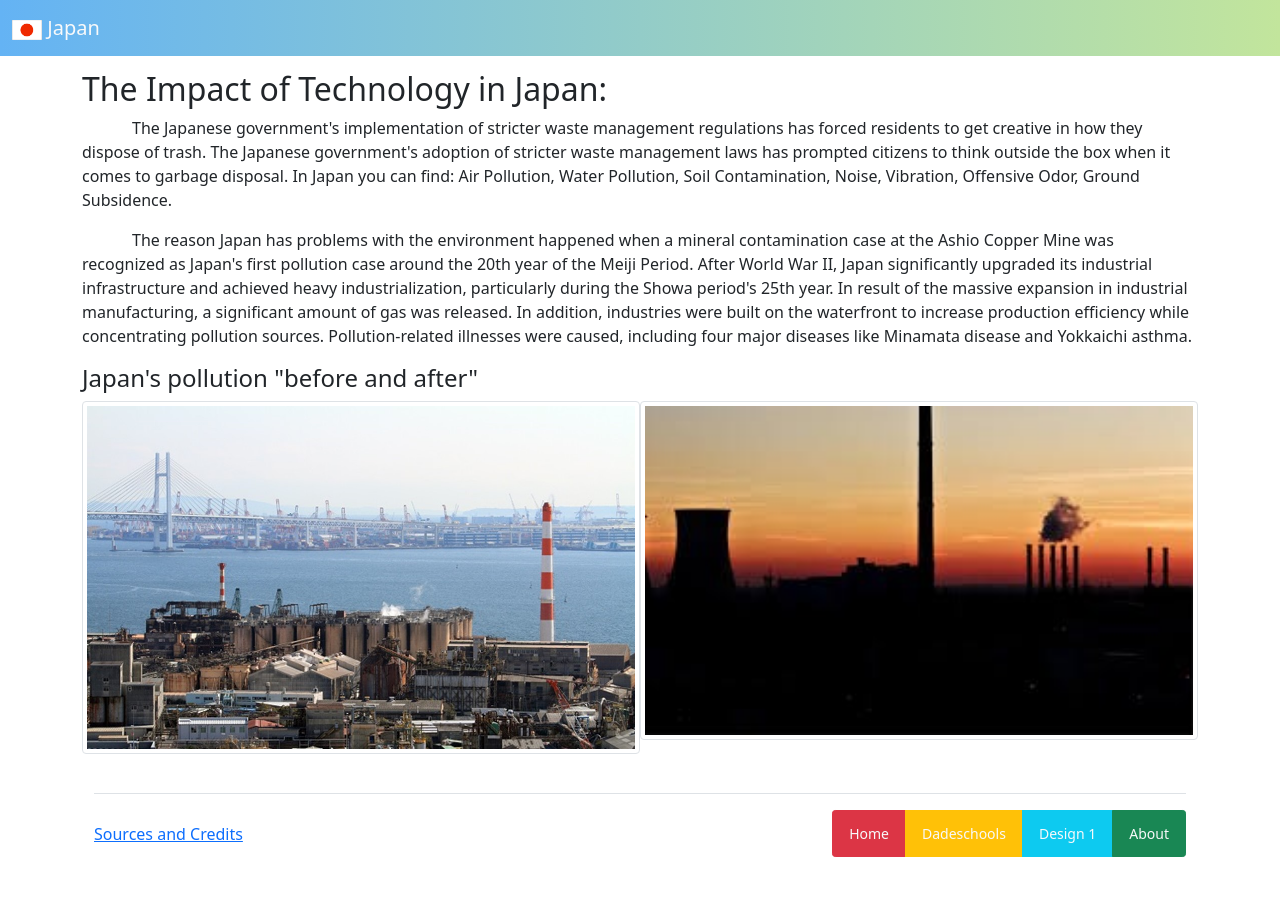
Repository: mrchilliballs/mrchilliballs.github.io
Page: untitled-2.html
The author's editor kept a copy of each file at every save. The page is drawn from the files as they stood at one save, then again after the next save.
The browser window is 1280 px wide. The pictures show the whole page.

Above is the page before, as saved 2021-09-03 16:05:35.

After the next save:
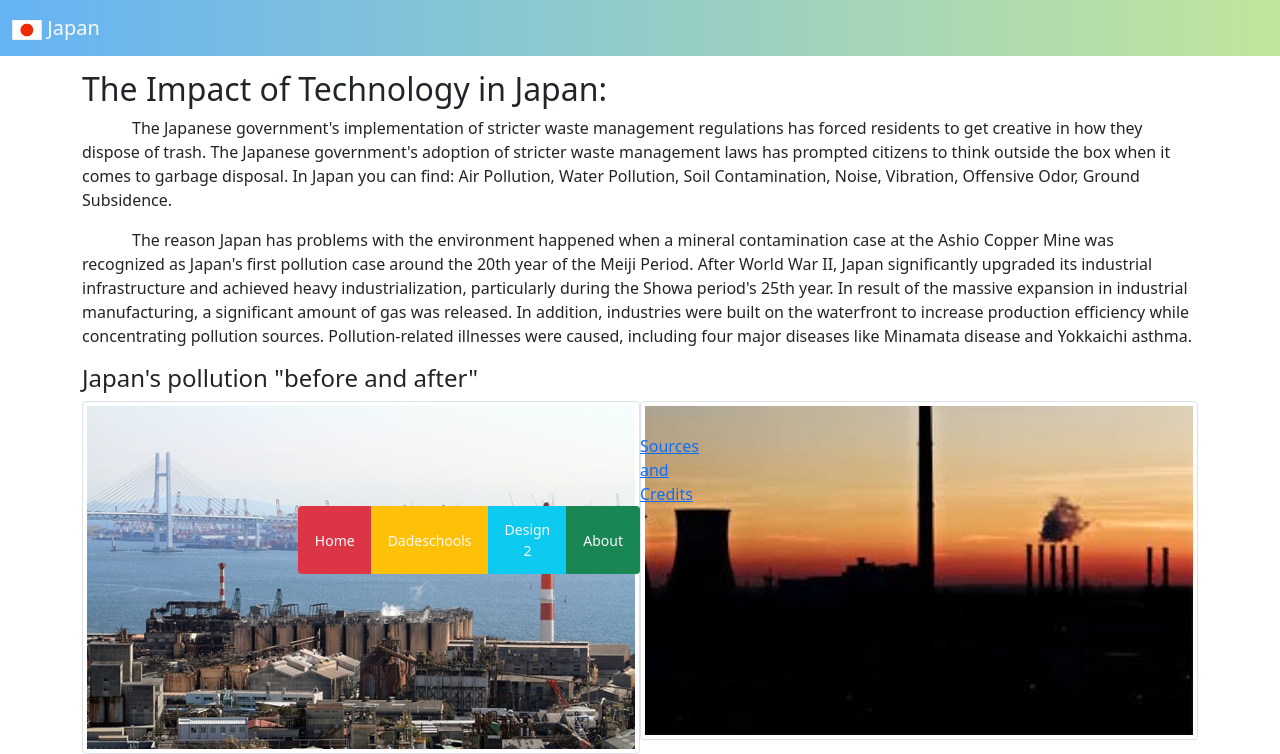
Saved 2 min 46 s later.
--- a/untitled-2.html
+++ b/untitled-2.html
@@ -38,40 +38,39 @@
     <h4>Japan's pollution "before and after"</h4>
     <img src="Picture1.jpg" class="rounded img-thumbnail img-fluid float-start" alt="..." height="50%" width="50%">
     <img src="Picture2.jpg" class="rounded img-thumbnail img-fluid float-end" alt="..." height="50%" width="50%">
-    <div style="margin-bottom: 25rem;"></div>
-        <div class="container">
-            <footer class="d-flex flex-wrap justify-content-between align-items-center py-3 my-4 border-top" style="">
-              <div class="dropdown">
-                <a class="" href="#" role="button" id="dropdownMenuLink" data-bs-toggle="dropdown" aria-expanded="false">
-                  Sources and Credits
-                </a>
+    <div class="container">
+      <footer class="d-flex flex-wrap justify-content-between align-items-center py-3 my-4 border-top" style="">
+        <div class="dropdown">
+          <a class="" href="#" role="button" id="dropdownMenuLink" data-bs-toggle="dropdown" aria-expanded="false">
+            Sources and Credits
+          </a>
 
-                <ul class="dropdown-menu" aria-labelledby="dropdownMenuLink">
-                  <li><a class="dropdown-item" href="https://www.world-weather-travellers-guide.com/air-pollution-in-japan.htm">Source 1</a></li>
-                  <li><a class="dropdown-item" href="https://www.nytimes.com/1964/12/26/archives/tokyo-troubled-by-air-pollution-emphasis-in-smog-control-is-still.html">Source 2</a></li>
-                  <li><a class="dropdown-item" href="https://creativecommons.org/licenses/by-nc/2.0/s">Source 3</a></li>
-                  <li><a class="dropdown-item" href="https://encyclopedia.1914-1918 online.net/article/science_and_technology_japan ">Source 4</a></li>
-                  <li><a class="dropdown-item" href="https://en.wikipedia.org/wiki/Tokyo">Source 5</a></li>
-                  <li><a class="dropdown-item" href="https://en.wikipedia.org/wiki/Meiji_Restoration ">Source 6</a></li>
-                </ul>
-              </div>
-              <a href="/" class="col-md-4 d-flex align-items-center justify-content-center mb-3 mb-md-0 me-md-auto link-dark text-decoration-none">
-                <svg class="bi me-2" width="40" height="32"><use xlink:href="#bootstrap"></use></svg>
-              </a>
+          <ul class="dropdown-menu" aria-labelledby="dropdownMenuLink">
+            <li><a class="dropdown-item" href="https://www.world-weather-travellers-guide.com/air-pollution-in-japan.htm">Source 1</a></li>
+            <li><a class="dropdown-item" href="https://www.nytimes.com/1964/12/26/archives/tokyo-troubled-by-air-pollution-emphasis-in-smog-control-is-still.html">Source 2</a></li>
+            <li><a class="dropdown-item" href="https://creativecommons.org/licenses/by-nc/2.0/s">Source 3</a></li>
+            <li><a class="dropdown-item" href="https://encyclopedia.1914-1918 online.net/article/science_and_technology_japan ">Source 4</a></li>
+            <li><a class="dropdown-item" href="https://en.wikipedia.org/wiki/Tokyo">Source 5</a></li>
+            <li><a class="dropdown-item" href="https://en.wikipedia.org/wiki/Meiji_Restoration ">Source 6</a></li>
+          </ul>
+        </div>
+        <a href="/" class="col-md-4 d-flex align-items-center justify-content-center mb-3 mb-md-0 me-md-auto link-dark text-decoration-none">
+          <svg class="bi me-2" width="40" height="32"><use xlink:href="#bootstrap"></use></svg>
+        </a>
 
-              <ul class="nav col-md-4 justify-content-end">
-                <div class="btn-group" role="group" aria-label="Basic mixed styles example">
-                    <button type="button" class="btn btn-danger btn-sm"><li class="nav-item"><a href="#" class="nav-link px-2 text-light">Home</a></li></button>
-                    <button type="button" class="btn btn-warning btn-sm"><li class="nav-item"><a href="https://www3.dadeschools.net" class="nav-link px-2 text-light">Dadeschools</a></li></button>
-                    <button type="button" class="btn btn-info btn-sm"><li class="nav-item"><a href="index.html" class="nav-link px-2 text-light">Design 1</a></li></button>
-                    <button type="button" class="btn btn-success btn-sm"><li class="nav-item"><a class="nav-link px-2 text-light" href="#" role="button" id="dropdownMenuLink" data-bs-toggle="dropdown" aria-expanded="false">About</a><ul class="dropdown-menu" aria-labelledby="dropdownMenuLink1">
-                      <li class="dropdown-item">We made this website using the program language "HTML". It took us a lot of work and we hope we get a good grade on this because we did our best on this website.</li>
-                    </ul></li>
-                    </button>
-                  </div>
-              </ul>
-            </footer>
+        <ul class="nav col-md-4 justify-content-end">
+          <div class="btn-group" role="group" aria-label="Basic mixed styles example">
+            <button type="button" class="btn btn-danger btn-sm"><li class="nav-item"><a href="#" class="nav-link px-2 text-light">Home</a></li></button>
+            <button type="button" class="btn btn-warning btn-sm"><li class="nav-item"><a href="https://www3.dadeschools.net" class="nav-link px-2 text-light">Dadeschools</a></li></button>
+            <button type="button" class="btn btn-info btn-sm"><li class="nav-item"><a href="untitled-2.html" class="nav-link px-2 text-light">Design 2</a></li></button>
+            <button type="button" class="btn btn-success btn-sm"><li class="nav-item"><a class="nav-link px-2 text-light" href="#" role="button" id="dropdownMenuLink" data-bs-toggle="dropdown" aria-expanded="false">About</a><ul class="dropdown-menu" aria-labelledby="dropdownMenuLink1">
+              <li class="dropdown-item">We made this website using the programming <br> language "HTML".It took us a lot of work<br> and we hope we get a good grade on this <br>because we did our best on this website.</li>
+            </ul></li>
+            </button>
           </div>
+        </ul>
+      </footer>
+    </div>
           <!-- JavaScript Bundle with Popper -->
 <script src="https://cdn.jsdelivr.net/npm/bootstrap@5.1.0/dist/js/bootstrap.bundle.min.js" integrity="sha384-U1DAWAznBHeqEIlVSCgzq+c9gqGAJn5c/t99JyeKa9xxaYpSvHU5awsuZVVFIhvj" crossorigin="anonymous"></script>
     </main>

After the save that followed:
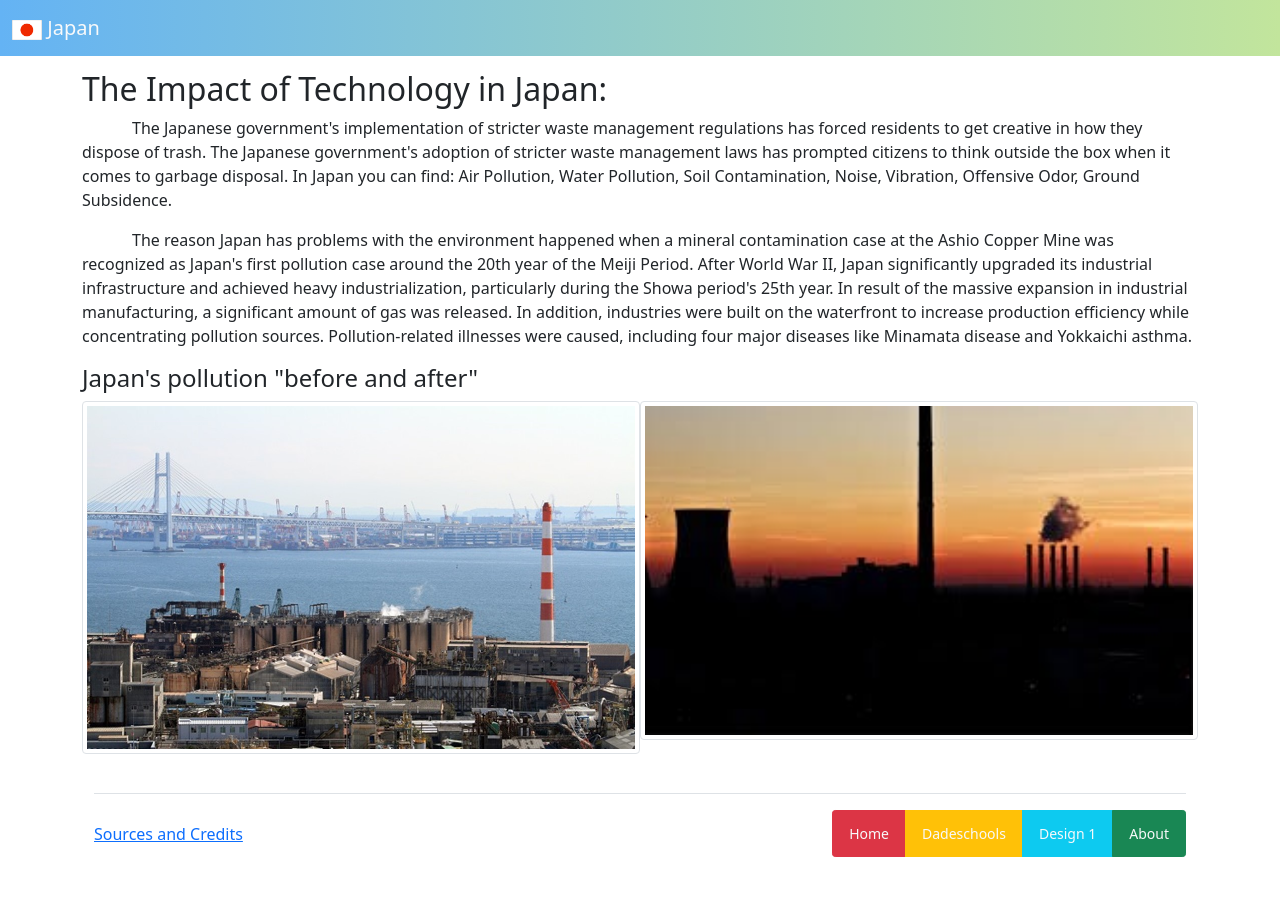
Saved 23 s later.
--- a/untitled-2.html
+++ b/untitled-2.html
@@ -38,39 +38,40 @@
     <h4>Japan's pollution "before and after"</h4>
     <img src="Picture1.jpg" class="rounded img-thumbnail img-fluid float-start" alt="..." height="50%" width="50%">
     <img src="Picture2.jpg" class="rounded img-thumbnail img-fluid float-end" alt="..." height="50%" width="50%">
-    <div class="container">
-      <footer class="d-flex flex-wrap justify-content-between align-items-center py-3 my-4 border-top" style="">
-        <div class="dropdown">
-          <a class="" href="#" role="button" id="dropdownMenuLink" data-bs-toggle="dropdown" aria-expanded="false">
-            Sources and Credits
-          </a>
+    <div style="margin-bottom: 25rem;"></div>
+        <div class="container">
+            <footer class="d-flex flex-wrap justify-content-between align-items-center py-3 my-4 border-top" style="">
+              <div class="dropdown">
+                <a class="" href="#" role="button" id="dropdownMenuLink" data-bs-toggle="dropdown" aria-expanded="false">
+                  Sources and Credits
+                </a>
 
-          <ul class="dropdown-menu" aria-labelledby="dropdownMenuLink">
-            <li><a class="dropdown-item" href="https://www.world-weather-travellers-guide.com/air-pollution-in-japan.htm">Source 1</a></li>
-            <li><a class="dropdown-item" href="https://www.nytimes.com/1964/12/26/archives/tokyo-troubled-by-air-pollution-emphasis-in-smog-control-is-still.html">Source 2</a></li>
-            <li><a class="dropdown-item" href="https://creativecommons.org/licenses/by-nc/2.0/s">Source 3</a></li>
-            <li><a class="dropdown-item" href="https://encyclopedia.1914-1918 online.net/article/science_and_technology_japan ">Source 4</a></li>
-            <li><a class="dropdown-item" href="https://en.wikipedia.org/wiki/Tokyo">Source 5</a></li>
-            <li><a class="dropdown-item" href="https://en.wikipedia.org/wiki/Meiji_Restoration ">Source 6</a></li>
-          </ul>
-        </div>
-        <a href="/" class="col-md-4 d-flex align-items-center justify-content-center mb-3 mb-md-0 me-md-auto link-dark text-decoration-none">
-          <svg class="bi me-2" width="40" height="32"><use xlink:href="#bootstrap"></use></svg>
-        </a>
+                <ul class="dropdown-menu" aria-labelledby="dropdownMenuLink">
+                  <li><a class="dropdown-item" href="https://www.world-weather-travellers-guide.com/air-pollution-in-japan.htm">Source 1</a></li>
+                  <li><a class="dropdown-item" href="https://www.nytimes.com/1964/12/26/archives/tokyo-troubled-by-air-pollution-emphasis-in-smog-control-is-still.html">Source 2</a></li>
+                  <li><a class="dropdown-item" href="https://creativecommons.org/licenses/by-nc/2.0/s">Source 3</a></li>
+                  <li><a class="dropdown-item" href="https://encyclopedia.1914-1918 online.net/article/science_and_technology_japan ">Source 4</a></li>
+                  <li><a class="dropdown-item" href="https://en.wikipedia.org/wiki/Tokyo">Source 5</a></li>
+                  <li><a class="dropdown-item" href="https://en.wikipedia.org/wiki/Meiji_Restoration ">Source 6</a></li>
+                </ul>
+              </div>
+              <a href="/" class="col-md-4 d-flex align-items-center justify-content-center mb-3 mb-md-0 me-md-auto link-dark text-decoration-none">
+                <svg class="bi me-2" width="40" height="32"><use xlink:href="#bootstrap"></use></svg>
+              </a>
 
-        <ul class="nav col-md-4 justify-content-end">
-          <div class="btn-group" role="group" aria-label="Basic mixed styles example">
-            <button type="button" class="btn btn-danger btn-sm"><li class="nav-item"><a href="#" class="nav-link px-2 text-light">Home</a></li></button>
-            <button type="button" class="btn btn-warning btn-sm"><li class="nav-item"><a href="https://www3.dadeschools.net" class="nav-link px-2 text-light">Dadeschools</a></li></button>
-            <button type="button" class="btn btn-info btn-sm"><li class="nav-item"><a href="untitled-2.html" class="nav-link px-2 text-light">Design 2</a></li></button>
-            <button type="button" class="btn btn-success btn-sm"><li class="nav-item"><a class="nav-link px-2 text-light" href="#" role="button" id="dropdownMenuLink" data-bs-toggle="dropdown" aria-expanded="false">About</a><ul class="dropdown-menu" aria-labelledby="dropdownMenuLink1">
-              <li class="dropdown-item">We made this website using the programming <br> language "HTML".It took us a lot of work<br> and we hope we get a good grade on this <br>because we did our best on this website.</li>
-            </ul></li>
-            </button>
+              <ul class="nav col-md-4 justify-content-end">
+                <div class="btn-group" role="group" aria-label="Basic mixed styles example">
+                    <button type="button" class="btn btn-danger btn-sm"><li class="nav-item"><a href="#" class="nav-link px-2 text-light">Home</a></li></button>
+                    <button type="button" class="btn btn-warning btn-sm"><li class="nav-item"><a href="https://www3.dadeschools.net" class="nav-link px-2 text-light">Dadeschools</a></li></button>
+                    <button type="button" class="btn btn-info btn-sm"><li class="nav-item"><a href="index.html" class="nav-link px-2 text-light">Design 1</a></li></button>
+                    <button type="button" class="btn btn-success btn-sm"><li class="nav-item"><a class="nav-link px-2 text-light" href="#" role="button" id="dropdownMenuLink" data-bs-toggle="dropdown" aria-expanded="false">About</a><ul class="dropdown-menu" aria-labelledby="dropdownMenuLink1">
+                      <li class="dropdown-item">We made this website using the program language "HTML". It took us a lot of work and we hope we get a good grade on this because we did our best on this website.</li>
+                    </ul></li>
+                    </button>
+                  </div>
+              </ul>
+            </footer>
           </div>
-        </ul>
-      </footer>
-    </div>
           <!-- JavaScript Bundle with Popper -->
 <script src="https://cdn.jsdelivr.net/npm/bootstrap@5.1.0/dist/js/bootstrap.bundle.min.js" integrity="sha384-U1DAWAznBHeqEIlVSCgzq+c9gqGAJn5c/t99JyeKa9xxaYpSvHU5awsuZVVFIhvj" crossorigin="anonymous"></script>
     </main>
